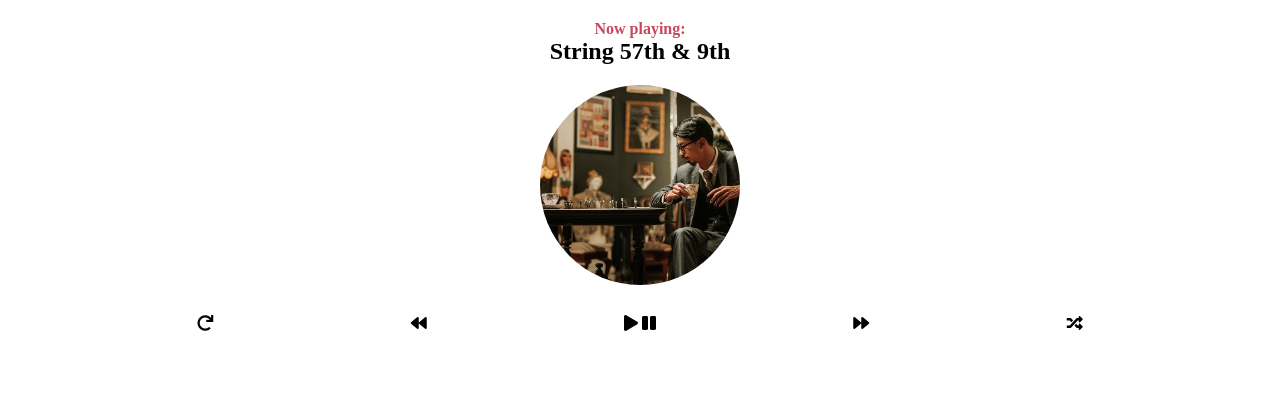
Repository: dovanthao2404/AppMusicPlayer
Page: index.html
The author's editor kept a copy of each file at every save. The page is drawn from the files as they stood at one save, then again after the next save.
The browser window is 1280 px wide. The pictures show the whole page.

Above is the page before, as saved 2021-06-28 02:06:02.

### index.html
<!DOCTYPE html>
<html lang="en">

<head>
  <meta charset="UTF-8">
  <meta http-equiv="X-UA-Compatible" content="IE=edge">
  <meta name="viewport" content="width=device-width, initial-scale=1.0">
  <title>Music</title>
  <!-- FONTAWESOME -->
  <link rel="stylesheet" href="https://cdnjs.cloudflare.com/ajax/libs/font-awesome/5.15.3/css/all.min.css"
    integrity="sha512-iBBXm8fW90+nuLcSKlbmrPcLa0OT92xO1BIsZ+ywDWZCvqsWgccV3gFoRBv0z+8dLJgyAHIhR35VZc2oM/gI1w=="
    crossorigin="anonymous" referrerpolicy="no-referrer" />
  <!-- MAIN CSS -->
  <link rel="stylesheet" href="./css/app.css">
</head>

<body>
  <div class="player">
    <div class="dashboards">
      <!-- HEADER -->
      <header>
        <h4>Now playing:</h4>
        <h2>String 57th & 9th</h2>
      </header>

      <!-- CD -->
      <div id="cd" class="cd">
        <div class="thumb">
          <img src="./img/loinho.jpg" alt="">
        </div>
      </div>

      <!-- CONTROL -->
      <div class="controls" class="controls">
        <div class="btn btn-repeat">
          <i class="fa fa-redo"></i>
        </div>
        <div class="btn btn-prev">
          <i class="fa fa-backward"></i>
        </div>
        <div class="btn btn-toggle-play">
          <i class="fa fa-play"></i>
          <i class="fa fa-pause"></i>
        </div>
        <div class="btn btn-next">
          <i class="fa fa-forward"></i>
        </div>
        <div class="btn btn-random">
          <i class="fa fa-random"></i>
        </div>
      </div>

      <!-- PROGRESS -->
      <div id="progress" class="progress"></div>

      <!-- AUDIO -->
      <audio id="audio" src=""></audio>

      <!-- PLAY LIST -->
      <div class="playlist">

      </div>
    </div>
  </div>
  <script src="./js/app.js"></script>
</body>

</html>

### css/app.css
/* GLOBAL */
* {
  padding: 0;
  margin: 0;
  box-sizing: border-box;
}
/* PLAYER */
.dashboards {
}
header {
  text-align: center;
  margin: 20px 0;
}
header h4 {
  color: rgb(202, 71, 93);
}
.thumb {
  width: 200px;
  height: 200px;
  margin: auto;
}
.thumb img {
  border-radius: 50%;
  width: 100%;
  height: 100%;
  object-fit: cover;
}
.controls {
  display: flex;
  justify-content: space-evenly;
  margin: 30px 0;
}

Loaded but not shown: js/app.js (no stored copy; drawn as an empty file)

After the next save:
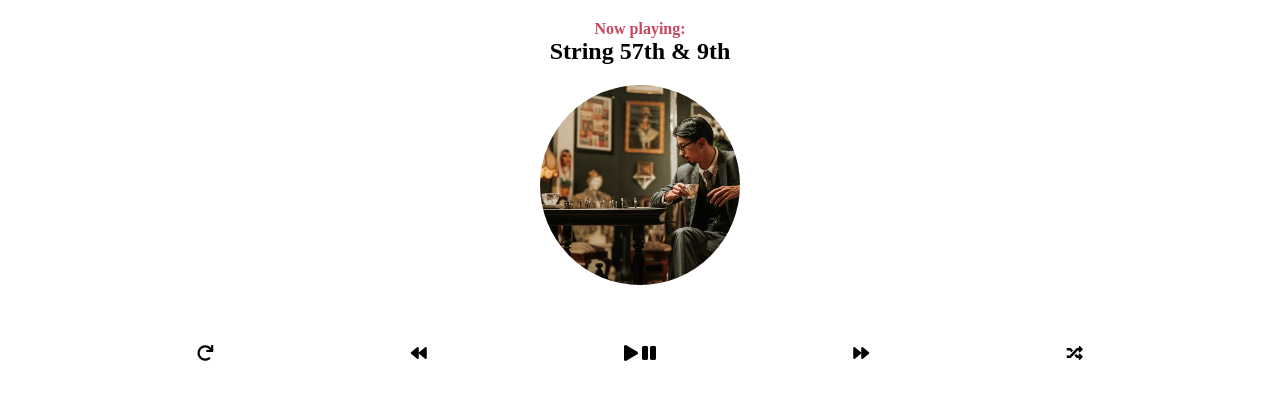
Saved 7 s later.
--- a/css/app.css
+++ b/css/app.css
@@ -28,5 +28,5 @@ header h4 {
 .controls {
   display: flex;
   justify-content: space-evenly;
-  margin: 30px 0;
+  margin: 60px 0;
 }
